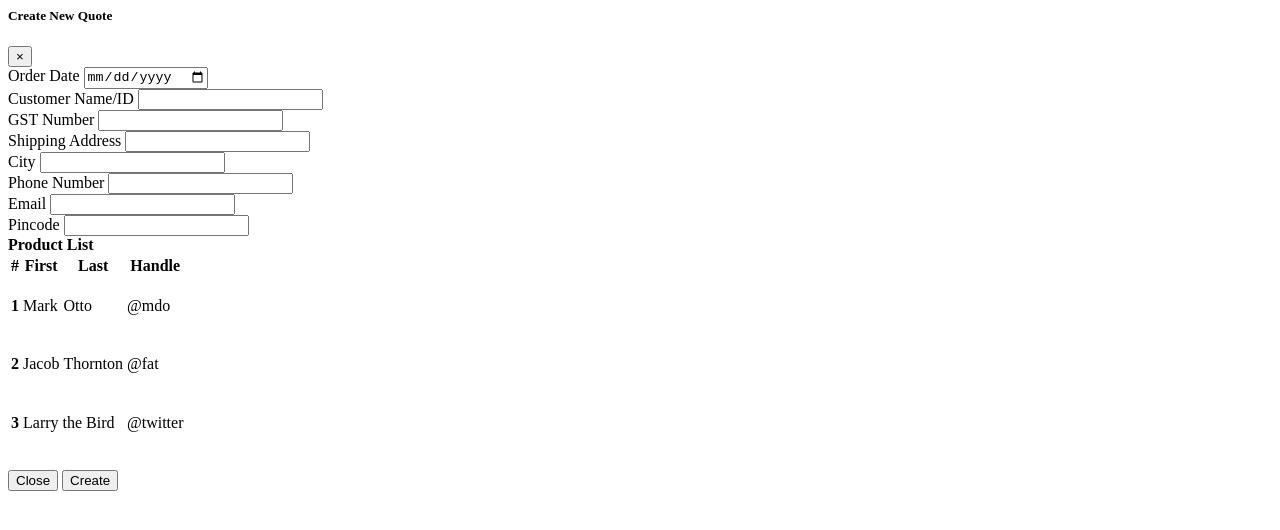
Repository: hrishibhattu/CodeFury-Internal-2
Page: ToYoDo/WebContent/WEB-INF/modal/quote.html
The author's editor kept a copy of each file at every save. The page is drawn from the files as they stood at one save, then again after the next save.
The browser window is 1280 px wide. The pictures show the whole page.

Above is the page before, as saved 2021-09-19 07:03:48.

### ToYoDo/WebContent/WEB-INF/modal/quote.html
<!-- modal for creating new quote -->
<div class="modal fade" id="exampleModalCenter" tabindex="-1"
	role="dialog" aria-labelledby="exampleModalCenterTitle"
	aria-hidden="true">
	<div class="modal-dialog modal-dialog-centered modal-lg" role="document">
		<div class="modal-content">
			<div class="modal-header">
				<h5 class="modal-title" id="exampleModalLongTitle">Create New
					Quote</h5>
				<button type="button" class="close" data-dismiss="modal"
					aria-label="Close">
					<span aria-hidden="true">&times;</span>
				</button>
			</div>
			<div class="modal-body">

				<form>
					<div class="form-row">
						<div class="form-group col-md-4">
							<label for="orderdate">Order Date</label> <input type="date"
								class="form-control" id="inputEmail4">
						</div>
						<div class="form-group col-md-4">
							<label for="customerNameID">Customer Name/ID</label> <input type="text"
							class="form-control" id="inputAddress">
						</div>
						<div class="form-group col-md-4">
							<label for="gstNo">GST Number</label> <input type="text"
							class="form-control" id="inputAddress">
						</div>
					</div>
					<div class="form-row">
						<div class="form-group col-md-6">
							<label for="shippingAddress">Shipping Address</label> <input type="text"
							class="form-control" id="inputAddress">
						</div>
						<div class="form-group col-md-6">
							<label for="city">City</label> <input type="text"
							class="form-control" id="city">
						</div>
					</div>
					<div class="form-row">
						<div class="form-group col-md-4">
							<label for="phone">Phone Number</label> <input type="number"
							class="form-control" id="phone">
						</div>
						<div class="form-group col-md-6">
							<label for="email">Email</label> <input type="email"
							class="form-control" id="email">
						</div>
						<div class="form-group col-md-2">
							<label for="pincode">Pincode</label> <input type="number"
							class="form-control" id="pincode">
						</div>
					</div>
					<div class="container-fluid">
					    <div class="row">
					      <strong>Product List</strong>

					      <table class="table table-hover" style="height: 200px; overflow-y: auto;">
							  <thead>
							    <tr>
							      <th scope="col">#</th>
							      <th scope="col">First</th>
							      <th scope="col">Last</th>
							      <th scope="col">Handle</th>
							    </tr>
							  </thead>
							  <tbody>
							    <tr>
							      <th scope="row">1</th>
							      <td>Mark</td>
							      <td>Otto</td>
							      <td>@mdo</td>
							    </tr>
							    <tr>
							      <th scope="row">2</th>
							      <td>Jacob</td>
							      <td>Thornton</td>
							      <td>@fat</td>
							    </tr>
							    <tr>
							      <th scope="row">3</th>
							      <td colspan="2">Larry the Bird</td>
							      <td>@twitter</td>
							    </tr>
							  </tbody>
						</table>



					    </div>
					</div>
				</form>

			</div>
			<div class="modal-footer">
				<button type="button" class="btn btn-secondary" data-dismiss="modal">Close</button>
				<button type="button" class="btn btn-primary">Create</button>
			</div>
		</div>
	</div>
</div>

After the next save:
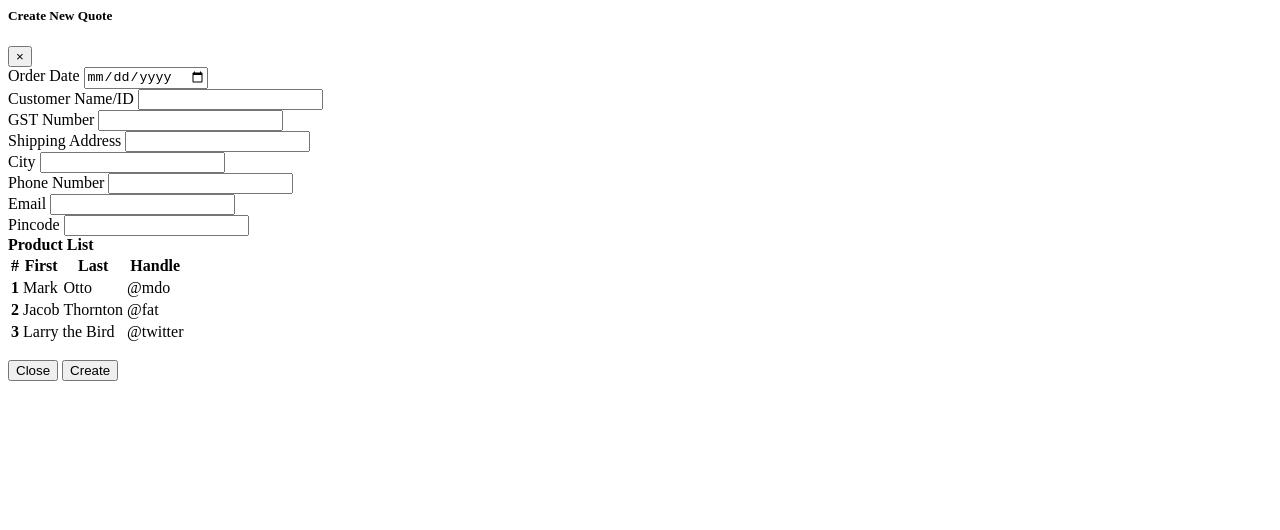
Saved 17 s later.
--- a/ToYoDo/WebContent/WEB-INF/modal/quote.html
+++ b/ToYoDo/WebContent/WEB-INF/modal/quote.html
@@ -57,7 +57,7 @@
 					    <div class="row">
 					      <strong>Product List</strong>
 
-					      <table class="table table-hover" style="height: 200px; overflow-y: auto;">
+					      <table class="table table-hover">
 							  <thead>
 							    <tr>
 							      <th scope="col">#</th>
